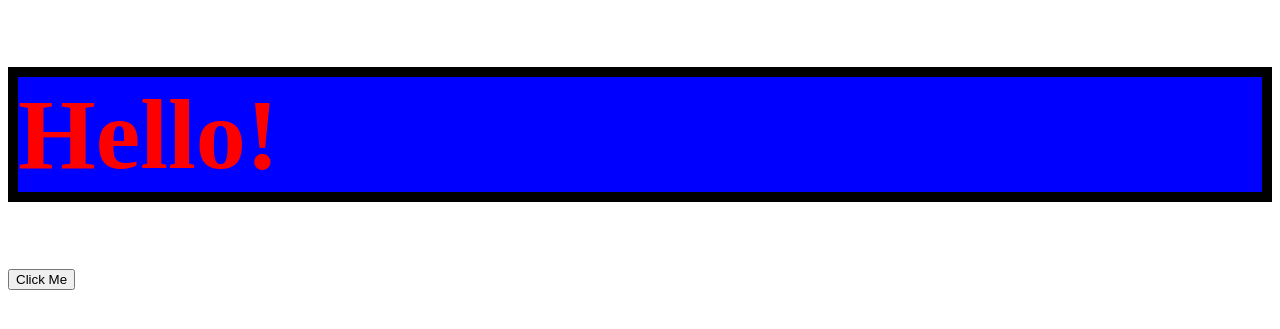
Repository: jnguyen113/DOM-Manipulation
Page: index.html
These files come from the project's save history. The page is drawn as it stood at one moment and after a run of saves; the edit follows.
The browser window is 1280 px wide. The pictures show the whole page.

Above is the page before, as saved 2020-06-12 10:53:08.

### index.html
<!DOCTYPE html>
<html>
<link rel="stylesheet" href="style.css">
<body>
    <h1 class="title">Hello!</h1>
    <button class = "changeColor">Click Me</button>

</body>
<script src="main.js"></script>

</html>

### style.css
.change{
    color: lightblue;
    font-size: 100px;
    border: 10px solid black;

}

### main.js
const text = document.querySelector('.title');
const changeColor = document.querySelector('.changeColor');
changeColor.addEventListener('click', )

text.style.color = 'red';
text.style.backgroundColor = 'blue';
text.classList.add("change");

After the next 2 saves:
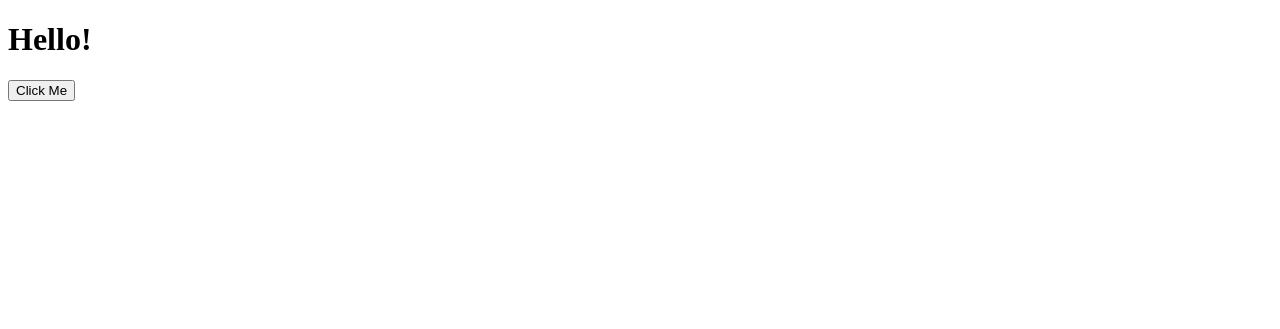
Console error: SyntaxError: Unexpected token ')'
The 2 saves are shown as one change because they came seconds apart.
The last was saved 6 s later.
--- a/main.js
+++ b/main.js
@@ -1,6 +1,6 @@
 const text = document.querySelector('.title');
 const changeColor = document.querySelector('.changeColor');
-changeColor.addEventListener('click', )
+changeColor.addEventListener('click', function())
 
 text.style.color = 'red';
 text.style.backgroundColor = 'blue';

After the save that followed:
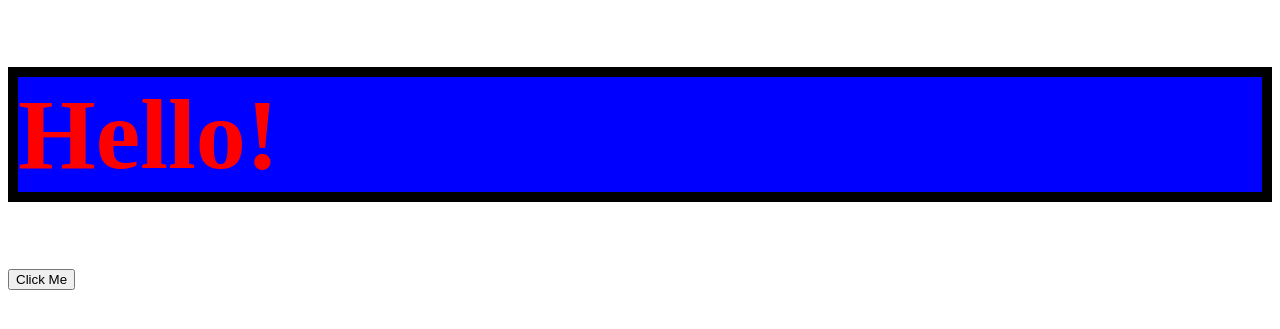
The error is gone.
Saved 6 s later.
--- a/main.js
+++ b/main.js
@@ -1,6 +1,6 @@
 const text = document.querySelector('.title');
 const changeColor = document.querySelector('.changeColor');
-changeColor.addEventListener('click', function())
+changeColor.addEventListener('click', function(){})
 
 text.style.color = 'red';
 text.style.backgroundColor = 'blue';
